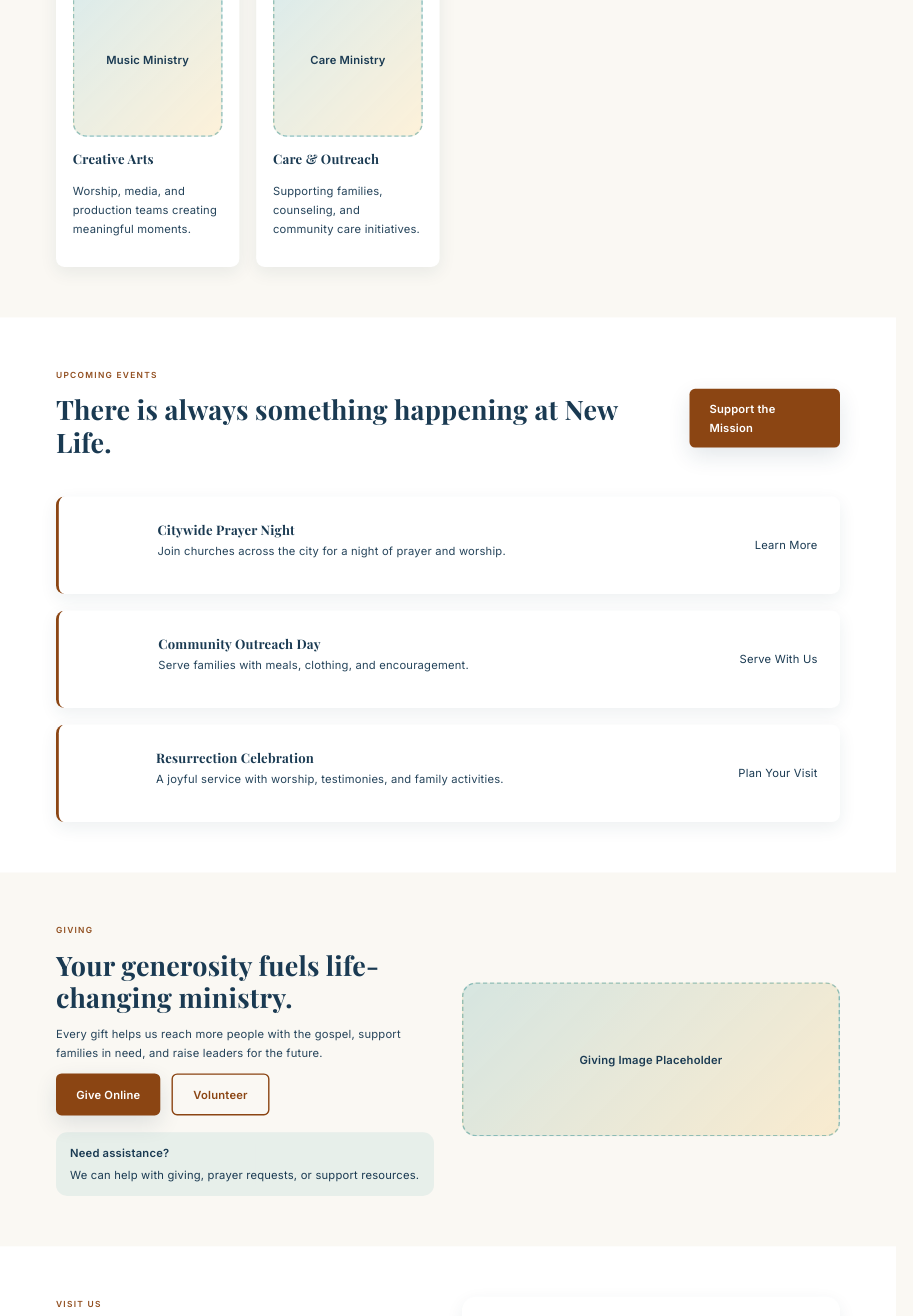
Repository: bilaal441/church
Page: index.htm
The author's editor kept a copy of each file at every save. The page is drawn from the files as they stood at one save, then again after the next save.
The browser window is 1280 px wide. The page is 1304 px wide, so the pictures cover 1304 px, including what lies to the right of the window. The pictures show the part of the page from y = 2908 to 4788 px (the page is 5704 px tall), at 70% of full size.

Above is the page before, as saved 2026-01-19 22:10:32.

### index.htm
<!doctype html>
<html lang="en">
  <head>
    <meta charset="UTF-8" />
    <meta name="viewport" content="width=device-width, initial-scale=1.0" />
    <title>New Life Evangelistic Ministries Worship Centre</title>
    <meta
      name="description"
      content="A welcoming, Spirit-filled church family in Springfield. Join us for worship, discipleship, and community outreach."
    />
    <link rel="stylesheet" href="style.css" />
    <link rel="preconnect" href="https://fonts.googleapis.com" />
    <link rel="preconnect" href="https://fonts.gstatic.com" crossorigin />
    <link
      href="https://fonts.googleapis.com/css2?family=Playfair+Display:wght@400;600;700&family=Inter:wght@400;500;600&display=swap"
      rel="stylesheet"
    />
  </head>
  <body>
    <a class="skip-link" href="#main">Skip to main content</a>
    <header class="site-header">
      <div class="container header-content">
        <div class="logo">
          <span class="logo-mark">NLE</span>
          <div>
            <p class="logo-title">New Life Evangelistic Ministries</p>
            <p class="logo-subtitle">Worship Centre</p>
          </div>
        </div>
        <button
          class="nav-toggle"
          aria-expanded="false"
          aria-controls="site-nav"
        >
          <span></span>
          <span></span>
          <span></span>
        </button>
        <nav id="site-nav" class="site-nav">
          <a href="#about">About</a>
          <a href="#worship">Worship</a>
          <a href="#ministries">Ministries</a>
          <a href="#events">Events</a>
          <a href="#giving">Giving</a>
          <a href="#contact" class="button">Visit Us</a>
        </nav>
      </div>
    </header>

    <main id="main">
      <section class="hero">
        <div class="container hero-grid">
          <div class="hero-text">
            <p class="eyebrow">A Place to Belong &amp; Grow</p>
            <h1>Experience hope, worship, and community in Christ.</h1>
            <p>
              Join us for vibrant worship, powerful teaching, and a loving
              family that is passionate about reaching the city with the gospel.
            </p>
            <div class="hero-actions">
              <a class="button" href="#worship">Plan Your Visit</a>
              <a class="button button-outline" href="#events"
                >Upcoming Events</a
              >
            </div>
            <div class="hero-details">
              <div>
                <span>Service Times</span>
                <strong>Sunday 9:00 AM &amp; 11:30 AM</strong>
              </div>
              <div>
                <span>Midweek Encounter</span>
                <strong>Wednesday 6:30 PM</strong>
              </div>
            </div>
            <div class="hero-note">
              <span>Livestream available</span>
              <a href="#contact">Watch Online</a>
            </div>
          </div>
          <div class="hero-visual">
            <div class="image-placeholder large">Hero Image Placeholder</div>
            <div class="hero-card">
              <h3>Welcome Home</h3>
              <p>
                New to church? We will help you feel at home from the moment you
                arrive.
              </p>
              <a href="#contact">Meet the Team</a>
            </div>
          </div>
        </div>
      </section>

      <section id="about" class="section">
        <div class="container split">
          <div class="image-placeholder">About Image Placeholder</div>
          <div>
            <p class="eyebrow">Who We Are</p>
            <h2>
              Our mission is to raise disciples who live out the love of Jesus.
            </h2>
            <p>
              We are a vibrant, spirit-filled church committed to worship,
              discipleship, evangelism, and compassionate outreach. We welcome
              families, young adults, and every generation to grow together in
              faith.
            </p>
            <div class="stats">
              <div>
                <strong>25+</strong>
                <span>Years of ministry</span>
              </div>
              <div>
                <strong>40+</strong>
                <span>Small groups</span>
              </div>
              <div>
                <strong>15</strong>
                <span>Community partners</span>
              </div>
            </div>
          </div>
        </div>
      </section>

      <section id="worship" class="section section-alt">
        <div class="container">
          <div class="section-header">
            <div>
              <p class="eyebrow">Worship With Us</p>
              <h2>Expect a meaningful encounter with God.</h2>
            </div>
            <p>
              Our gatherings are lively, prayerful, and filled with inspiring
              worship, teaching, and ministry moments.
            </p>
          </div>
          <div class="cards">
            <article class="card">
              <h3>Sunday Celebration</h3>
              <p>Worship, Word, and fellowship for the whole family.</p>
              <p class="card-meta">9:00 AM &amp; 11:30 AM</p>
            </article>
            <article class="card">
              <h3>Midweek Encounter</h3>
              <p>Refuel with worship, prayer, and Bible study.</p>
              <p class="card-meta">Wednesday 6:30 PM</p>
            </article>
            <article class="card">
              <h3>Youth Ignite</h3>
              <p>
                Empowering the next generation through worship and discipleship.
              </p>
              <p class="card-meta">Friday 7:00 PM</p>
            </article>
          </div>
          <div class="worship-highlight">
            <div>
              <h3>What to Expect</h3>
              <p>
                Friendly hosts, engaging worship, a clear message, and spaces
                for kids and youth to connect safely.
              </p>
            </div>
            <div>
              <h3>Parking &amp; Accessibility</h3>
              <p>
                Guest parking is available at the main entrance. Our building is
                fully accessible with ramps and elevators.
              </p>
            </div>
          </div>
        </div>
      </section>

      <section id="ministries" class="section">
        <div class="container">
          <div class="section-header">
            <div>
              <p class="eyebrow">Ministries</p>
              <h2>Every generation has a place to serve and grow.</h2>
            </div>
            <a class="button button-outline" href="#contact">Get Connected</a>
          </div>
          <div class="ministry-grid">
            <div class="ministry-card">
              <div class="image-placeholder">Kids Ministry</div>
              <h3>Kids Life</h3>
              <p>Fun, safe, and faith-building experiences for children.</p>
            </div>
            <div class="ministry-card">
              <div class="image-placeholder">Youth Ministry</div>
              <h3>NextGen</h3>
              <p>Mentoring and empowering teens to lead with conviction.</p>
            </div>
            <div class="ministry-card">
              <div class="image-placeholder">Women Ministry</div>
              <h3>Women of Grace</h3>
              <p>Gathering women to worship, serve, and build community.</p>
            </div>
            <div class="ministry-card">
              <div class="image-placeholder">Men Ministry</div>
              <h3>Men of Valor</h3>
              <p>Equipping men to live out their faith with courage.</p>
            </div>
            <div class="ministry-card">
              <div class="image-placeholder">Music Ministry</div>
              <h3>Creative Arts</h3>
              <p>
                Worship, media, and production teams creating meaningful
                moments.
              </p>
            </div>
            <div class="ministry-card">
              <div class="image-placeholder">Care Ministry</div>
              <h3>Care &amp; Outreach</h3>
              <p>
                Supporting families, counseling, and community care initiatives.
              </p>
            </div>
          </div>
        </div>
      </section>

      <section id="events" class="section section-alt">
        <div class="container">
          <div class="section-header">
            <div>
              <p class="eyebrow">Upcoming Events</p>
              <h2>There is always something happening at New Life.</h2>
            </div>
            <a class="button" href="#giving">Support the Mission</a>
          </div>
          <div class="event-list">
            <article>
              <span class="event-date">Mar 21</span>
              <div>
                <h3>Citywide Prayer Night</h3>
                <p>
                  Join churches across the city for a night of prayer and
                  worship.
                </p>
              </div>
              <a href="#contact">Learn More</a>
            </article>
            <article>
              <span class="event-date">Apr 05</span>
              <div>
                <h3>Community Outreach Day</h3>
                <p>Serve families with meals, clothing, and encouragement.</p>
              </div>
              <a href="#contact">Serve With Us</a>
            </article>
            <article>
              <span class="event-date">Apr 19</span>
              <div>
                <h3>Resurrection Celebration</h3>
                <p>
                  A joyful service with worship, testimonies, and family
                  activities.
                </p>
              </div>
              <a href="#contact">Plan Your Visit</a>
            </article>
          </div>
        </div>
      </section>

      <section id="giving" class="section">
        <div class="container giving">
          <div>
            <p class="eyebrow">Giving</p>
            <h2>Your generosity fuels life-changing ministry.</h2>
            <p>
              Every gift helps us reach more people with the gospel, support
              families in need, and raise leaders for the future.
            </p>
            <div class="giving-actions">
              <a class="button" href="#contact">Give Online</a>
              <a class="button button-outline" href="#contact">Volunteer</a>
            </div>
            <div class="giving-note">
              <strong>Need assistance?</strong>
              <span
                >We can help with giving, prayer requests, or support
                resources.</span
              >
            </div>
          </div>
          <div class="image-placeholder">Giving Image Placeholder</div>
        </div>
      </section>

      <section id="contact" class="section section-alt">
        <div class="container contact">
          <div>
            <p class="eyebrow">Visit Us</p>
            <h2>We would love to meet you this Sunday.</h2>
            <p>
              125 Hope Street, Springfield, ST 12345<br />
              (555) 123-4567 · hello@nlewc.org
            </p>
            <div class="contact-details">
              <div>
                <strong>Office Hours</strong>
                <span>Mon - Fri, 9 AM - 4 PM</span>
              </div>
              <div>
                <strong>Prayer Line</strong>
                <span>Available 24/7</span>
              </div>
              <div>
                <strong>Follow Us</strong>
                <span>Instagram · Facebook · YouTube</span>
              </div>
            </div>
          </div>
          <form class="contact-form">
            <h3>Plan a Visit</h3>
            <label>
              Full Name
              <input type="text" placeholder="Your name" />
            </label>
            <label>
              Email Address
              <input type="email" placeholder="you@example.com" />
            </label>
            <label>
              Message
              <textarea
                rows="4"
                placeholder="Tell us how we can help."
              ></textarea>
            </label>
            <button type="submit" class="button">Send Message</button>
          </form>
        </div>
      </section>
    </main>

    <footer class="site-footer">
      <div class="container footer-grid">
        <div>
          <div class="logo">
            <span class="logo-mark">NLE</span>
            <div>
              <p class="logo-title">New Life Evangelistic Ministries</p>
              <p class="logo-subtitle">Worship Centre</p>
            </div>
          </div>
          <p>
            Building lives, families, and communities through the love of Jesus.
          </p>
        </div>
        <div>
          <h4>Connect</h4>
          <ul>
            <li><a href="#about">About</a></li>
            <li><a href="#worship">Worship</a></li>
            <li><a href="#ministries">Ministries</a></li>
            <li><a href="#events">Events</a></li>
          </ul>
        </div>
        <div>
          <h4>Visit</h4>
          <ul>
            <li>125 Hope Street</li>
            <li>Springfield, ST 12345</li>
            <li>(555) 123-4567</li>
            <li>hello@nlewc.org</li>
          </ul>
        </div>
        <div>
          <h4>Stay Updated</h4>
          <p>Subscribe for prayer points and community updates.</p>
          <div class="subscribe">
            <input type="email" placeholder="Email address" />
            <button class="button">Subscribe</button>
          </div>
        </div>
      </div>
      <div class="footer-bottom">
        <p>
          © 2024 New Life Evangelistic Ministries Worship Centre. All rights
          reserved.
        </p>
      </div>
    </footer>

    <script src="script.js"></script>
  </body>
</html>

### style.css
:root {
  --navy: #1a3a52;
  --gold: #d4a574;
  --burgundy: #8b4513;
  --cream: #faf8f3;
  --sage: #6b8e7f;
  --muted: #7d8a7f;
  --white: #ffffff;
  --light-gold: #f5e6d3;
  --shadow: 0 8px 24px rgba(26, 58, 82, 0.08);
  --shadow-lg: 0 12px 32px rgba(26, 58, 82, 0.12);
}

* {
  box-sizing: border-box;
  margin: 0;
  padding: 0;
}

body {
  font-family: "Inter", sans-serif;
  background-color: var(--cream);
  color: var(--navy);
  line-height: 1.7;
  letter-spacing: 0.3px;
}

img {
  max-width: 100%;
  display: block;
}

a {
  color: inherit;
  text-decoration: none;
}

.skip-link {
  position: absolute;
  left: -999px;
  top: 16px;
  background: var(--navy);
  color: var(--white);
  padding: 0.6rem 1.2rem;
  border-radius: 999px;
  z-index: 50;
}

.skip-link:focus {
  left: 16px;
}

.container {
  width: min(1120px, 90%);
  margin: 0 auto;
}

.eyebrow {
  text-transform: uppercase;
  letter-spacing: 0.15em;
  font-size: 0.75rem;
  color: var(--burgundy);
  font-weight: 700;
  margin-bottom: 1rem;
}

h1,
h2,
h3,
h4 {
  font-family: "Playfair Display", serif;
  color: var(--navy);
}

h1 {
  font-size: clamp(2.5rem, 4vw, 3.5rem);
  line-height: 1.1;
  margin-bottom: 1rem;
}

h2 {
  font-size: clamp(2rem, 3vw, 2.8rem);
  line-height: 1.2;
  margin-bottom: 1rem;
}

p {
  margin-bottom: 1rem;
  color: var(--navy);
  opacity: 0.95;
}

.button {
  display: inline-flex;
  align-items: center;
  justify-content: center;
  padding: 0.9rem 1.8rem;
  border-radius: 8px;
  background: var(--burgundy);
  color: var(--white);
  font-weight: 600;
  transition:
    transform 0.2s ease,
    box-shadow 0.2s ease,
    background 0.2s ease;
  box-shadow: var(--shadow-lg);
}

.button:hover {
  transform: translateY(-2px);
  background: #6d3410;
  box-shadow: var(--shadow-lg);
}

.button-outline {
  background: transparent;
  color: var(--burgundy);
  border: 2px solid var(--burgundy);
  box-shadow: none;
}

.site-header {
  background: var(--white);
  position: sticky;
  top: 0;
  z-index: 20;
  box-shadow: 0 4px 12px rgba(26, 58, 82, 0.05);
  border-bottom: 2px solid var(--light-gold);
}

.header-content {
  display: flex;
  align-items: center;
  justify-content: space-between;
  padding: 1.2rem 0;
  gap: 2rem;
}

.logo {
  display: flex;
  align-items: center;
  gap: 0.8rem;
}

.logo-mark {
  width: 48px;
  height: 48px;
  border-radius: 10px;
  background: linear-gradient(135deg, var(--burgundy), var(--gold));
  color: var(--white);
  font-weight: 700;
  display: grid;
  place-items: center;
  font-size: 1.1rem;
  box-shadow: 0 4px 12px rgba(139, 69, 19, 0.2);
}

.logo-title {
  font-weight: 700;
  font-size: 0.95rem;
}

.logo-subtitle {
  font-size: 0.85rem;
  color: var(--muted);
}

.site-nav {
  display: flex;
  align-items: center;
  gap: 1.5rem;
}

.site-nav a {
  font-weight: 600;
  font-size: 0.95rem;
}

.nav-toggle {
  display: none;
  flex-direction: column;
  gap: 6px;
  background: none;
  border: none;
  cursor: pointer;
}

.nav-toggle span {
  width: 24px;
  height: 2px;
  background: var(--navy);
}

.hero {
  padding: 5rem 0 4rem;
  background: linear-gradient(
    135deg,
    rgba(212, 165, 116, 0.08),
    rgba(139, 69, 19, 0.05)
  );
}

.hero-grid {
  display: grid;
  gap: 3rem;
  align-items: center;
}

.hero-actions {
  display: flex;
  flex-wrap: wrap;
  gap: 1rem;
  margin: 2rem 0;
}

.hero-details {
  display: grid;
  gap: 1.5rem;
  background: var(--white);
  padding: 2rem;
  border-radius: 12px;
  box-shadow: var(--shadow-lg);
  border-left: 4px solid var(--burgundy);
}

.hero-details span {
  font-size: 0.85rem;
  color: var(--muted);
  text-transform: uppercase;
  letter-spacing: 0.1em;
}

.hero-details strong {
  display: block;
  font-size: 1.1rem;
  color: var(--burgundy);
}

.hero-note {
  display: flex;
  align-items: center;
  gap: 0.75rem;
  font-weight: 600;
  color: var(--burgundy);
}

.hero-note a {
  color: var(--burgundy);
  text-decoration: underline;
}

.hero-visual {
  display: grid;
  gap: 1.5rem;
  position: relative;
}

.hero-card {
  background: var(--white);
  padding: 2rem;
  border-radius: 12px;
  box-shadow: var(--shadow-lg);
  transition: transform 0.3s ease, box-shadow 0.3s ease;
}

.hero-card:hover {
  transform: translateY(-4px);
  box-shadow: var(--shadow-lg);
}

.hero-card a {
  color: var(--burgundy);
  font-weight: 600;
}

.section {
  padding: 4.5rem 0;
}

.section-alt {
  background: var(--white);
}

.section-header {
  display: flex;
  align-items: center;
  justify-content: space-between;
  gap: 2rem;
  margin-bottom: 2.5rem;
}

.split {
  display: grid;
  gap: 2.5rem;
  align-items: center;
}

.stats {
  display: grid;
  grid-template-columns: repeat(auto-fit, minmax(140px, 1fr));
  gap: 1.5rem;
  margin-top: 2rem;
}

.stats strong {
  font-size: 2rem;
  color: var(--burgundy);
}

.cards {
  display: grid;
  grid-template-columns: repeat(auto-fit, minmax(240px, 1fr));
  gap: 1.5rem;
}

.card {
  background: var(--white);
  padding: 2rem;
  border-radius: 12px;
  box-shadow: var(--shadow-lg);
  transition: transform 0.3s ease, box-shadow 0.3s ease;
  border-top: 3px solid var(--gold);
}

.card:hover {
  transform: translateY(-4px);
  box-shadow: var(--shadow-lg);
}

.card-meta {
  color: var(--burgundy);
  font-weight: 600;
  margin-top: 1.5rem;
}

.worship-highlight {
  margin-top: 2.5rem;
  display: grid;
  grid-template-columns: repeat(auto-fit, minmax(240px, 1fr));
  gap: 1.5rem;
}

.worship-highlight div {
  background: linear-gradient(135deg, rgba(212, 165, 116, 0.12), rgba(139, 69, 19, 0.08));
  padding: 1.5rem;
  border-radius: 12px;
  border-left: 3px solid var(--gold);
}

.ministry-grid {
  display: grid;
  grid-template-columns: repeat(auto-fit, minmax(220px, 1fr));
  gap: 1.5rem;
}

.ministry-card {
  background: var(--white);
  padding: 1.5rem;
  border-radius: 12px;
  box-shadow: var(--shadow);
  display: grid;
  gap: 1rem;
  border-top: 3px solid var(--burgundy);
  transition: transform 0.3s ease;
}

.ministry-card:hover {
  transform: translateY(-3px);
}

.event-list {
  display: grid;
  gap: 1.5rem;
}

.event-list article {
  display: grid;
  grid-template-columns: auto 1fr auto;
  gap: 1.5rem;
  background: var(--white);
  padding: 2rem;
  border-radius: 12px;
  align-items: center;
  box-shadow: var(--shadow);
  border-left: 4px solid var(--burgundy);
}

.event-date {
  background: var(--teal);
  color: var(--white);
  padding: 0.7rem 1rem;
  border-radius: 12px;
  font-weight: 700;
}

.giving {
  display: grid;
  gap: 2.5rem;
  align-items: center;
}

.giving-actions {
  display: flex;
  gap: 1rem;
  flex-wrap: wrap;
}

.giving-note {
  margin-top: 1.5rem;
  background: rgba(15, 123, 123, 0.08);
  padding: 1rem 1.25rem;
  border-radius: 16px;
  display: grid;
  gap: 0.3rem;
}

.giving-note strong {
  color: var(--navy);
}

.contact {
  display: grid;
  gap: 2.5rem;
  align-items: start;
}

.contact-form {
  background: var(--white);
  padding: 2rem;
  border-radius: 20px;
  box-shadow: var(--shadow);
  display: grid;
  gap: 1rem;
}

.contact-form label {
  display: grid;
  gap: 0.5rem;
  font-weight: 600;
}

input,
textarea {
  padding: 0.7rem 1rem;
  border-radius: 12px;
  border: 1px solid #e5e7eb;
  font-family: inherit;
}

.site-footer {
  background: var(--navy);
  color: var(--white);
  padding: 4rem 0 1.5rem;
}

.site-footer h4 {
  color: var(--white);
  margin-bottom: 1rem;
}

.site-footer p,
.site-footer a,
.site-footer li {
  color: rgba(255, 255, 255, 0.8);
}

.footer-grid {
  display: grid;
  grid-template-columns: repeat(auto-fit, minmax(200px, 1fr));
  gap: 2rem;
}

.footer-grid ul {
  list-style: none;
  display: grid;
  gap: 0.6rem;
}

.subscribe {
  display: flex;
  gap: 0.5rem;
  margin-top: 1rem;
}

.footer-bottom {
  margin-top: 2rem;
  border-top: 1px solid rgba(255, 255, 255, 0.2);
  text-align: center;
  padding-top: 1.5rem;
  font-size: 0.85rem;
}

.image-placeholder {
  background: linear-gradient(
    135deg,
    rgba(15, 123, 123, 0.15),
    rgba(244, 185, 66, 0.2)
  );
  border: 2px dashed rgba(15, 123, 123, 0.4);
  border-radius: 20px;
  min-height: 220px;
  display: grid;
  place-items: center;
  text-align: center;
  padding: 1.5rem;
  color: var(--teal);
  font-weight: 600;
}

.image-placeholder.large {
  min-height: 340px;
}

@media (min-width: 900px) {
  .hero-grid {
    grid-template-columns: repeat(2, 1fr);
  }

  .split,
  .giving,
  .contact {
    grid-template-columns: repeat(2, 1fr);
  }
}

@media (max-width: 900px) {
  .section-header {
    flex-direction: column;
    align-items: flex-start;
  }

  .event-list article {
    grid-template-columns: 1fr;
  }
}

@media (max-width: 768px) {
  .site-nav {
    position: absolute;
    top: 100%;
    right: 0;
    background: var(--white);
    flex-direction: column;
    padding: 1.5rem;
    gap: 1rem;
    width: min(90vw, 280px);
    transform: translateY(-10px);
    opacity: 0;
    pointer-events: none;
    box-shadow: var(--shadow);
    border-radius: 16px;
  }

  .site-nav.open {
    opacity: 1;
    transform: translateY(0);
    pointer-events: auto;
  }

  .nav-toggle {
    display: flex;
  }

  .header-content {
    position: relative;
  }
}

@media (max-width: 600px) {
  .hero-details {
    padding: 1rem;
  }

  .hero-note {
    flex-direction: column;
    align-items: flex-start;
  }

  .subscribe {
    flex-direction: column;
    align-items: stretch;
  }
}

Loaded but not shown: script.js (18 lines, source omitted)

After the next save:
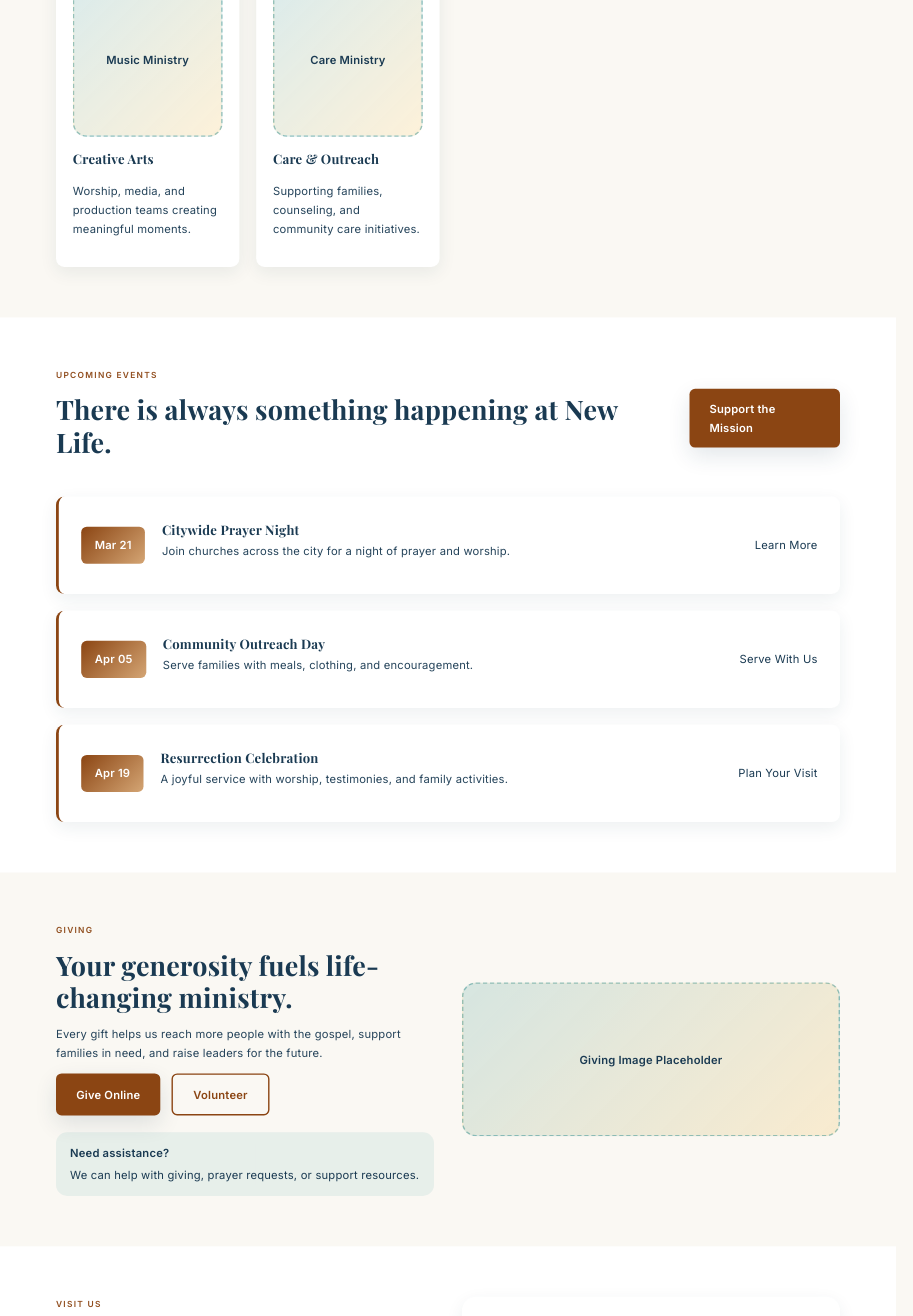
Saved 4 s later.
--- a/style.css
+++ b/style.css
@@ -386,11 +386,12 @@
 }
 
 .event-date {
-  background: var(--teal);
+  background: linear-gradient(135deg, var(--burgundy), var(--gold));
   color: var(--white);
-  padding: 0.7rem 1rem;
-  border-radius: 12px;
+  padding: 0.8rem 1.2rem;
+  border-radius: 8px;
   font-weight: 700;
+  text-align: center;
 }
 
 .giving {
